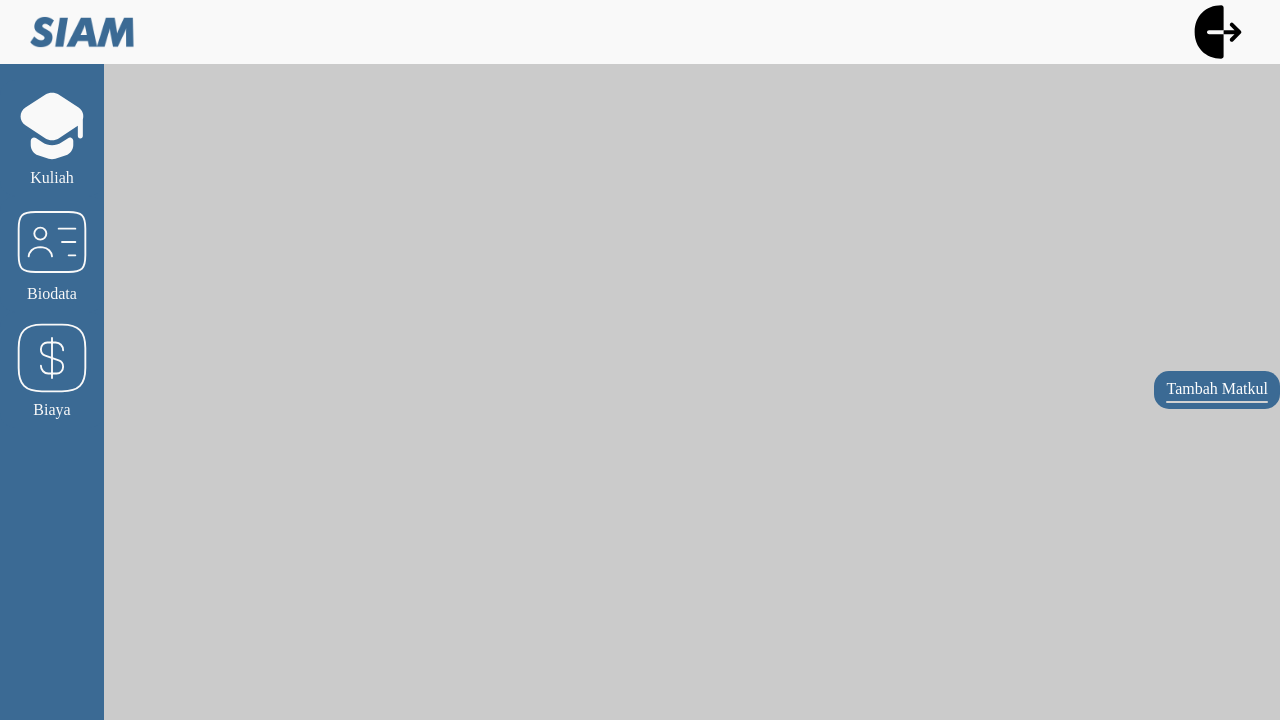
Repository: haikalirf/Project-IMK
Page: krs.html
An editor plug-in stored every save of this project. The page is shown before and after the next save, followed by the edit.
The browser window is 1280 px wide. The pictures show the whole page.
Some web fonts or font styles are not loaded; a fallback is used.

Above is the page before, as saved 2022-12-16 19:14:51.
Not found: scripts/.js

### krs.html
<!DOCTYPE html>
<html lang="en">
<head>
	<meta charset="UTF-8">
	<meta http-equiv="X-UA-Compatible" content="IE=edge">
	<meta name="viewport" content="width=device-width, initial-scale=1.0">
	<title>SIAM</title>
	<link rel="icon" href="/assets/logo_ub.ico">
	<link rel="stylesheet" href="https://cdn.jsdelivr.net/npm/bootstrap@5.2.3/dist/css/bootstrap.min.css" integrity="sha384-rbsA2VBKQhggwzxH7pPCaAqO46MgnOM80zW1RWuH61DGLwZJEdK2Kadq2F9CUG65" crossorigin="anonymous">
	<link rel="stylesheet" href="/styles/krs.css">
</head>
<body>
	<nav class="navbar" id="navbar">
		<div class="navbar-left">
			<a class="navbar-brand" href="/kuliah.html">
				<img class="navbar-image" src="/assets/SIAM.png" alt="SIAM">
			</a>
		</div>
		<a class="navbar-link" href="landing.html">
			<img id="navbar-image" src="/assets/Logout.svg" alt="Logout">
		</a>
	</nav>
	<div class="mh-100" id="sidebar">
		<a class="btn" href="kuliah.html">
			<img id="sidebar-kuliah" src="/assets/Kuliah Logo.svg" alt="Kuliah">
			<label for="sidebar-kuliah">Kuliah</label>
		</a>
		<a class="btn" href="biodata.html">
			<img id="sidebar-biodata" src="/assets/Biodata Logo Kosong.svg" alt="Biodata">
			<label for="sidebar-biodata">Biodata</label>
		</a>
		<a class="btn" href="biaya.html">
			<img id="sidebar-biaya" src="/assets/Biaya Logo Kosong.svg" alt="Biaya">
			<label for="sidebar-biaya">Biaya</label>
		</a>
	</div>
	<main>
		<section
		<button type="button" class="btn btn-primary button-tambah" disabled>Tambah Matkul</button>
		<div class="cards">
			<div class="card">

			</div>
		</div>
	</main>
	<script src="https://cdn.jsdelivr.net/npm/bootstrap@5.2.3/dist/js/bootstrap.bundle.min.js" integrity="sha384-kenU1KFdBIe4zVF0s0G1M5b4hcpxyD9F7jL+jjXkk+Q2h455rYXK/7HAuoJl+0I4" crossorigin="anonymous"></script>
	<script src="/scripts/.js"></script>
</body>
</html>

### styles/krs.css
/* CSS Reset */
/*
	Josh's Custom CSS Reset
	https://www.joshwcomeau.com/css/custom-css-reset/
*/
*, *::before, *::after {
	box-sizing: border-box;
}
  * {
	margin: 0;
}
html, body {
	height: 100%;
}
body {
	line-height: 1.5;
	-webkit-font-smoothing: antialiased;
}
img, picture, video, canvas, svg {
	display: block;
	max-width: 100%;
}
input, button, textarea, select {
	font: inherit;
}
p, h1, h2, h3, h4, h5, h6 {
	overflow-wrap: break-word;
}
#root, #__next {
	isolation: isolate;
}
/* CSS Reset ends */

body {
	background-color: #cbcbcb;
	font-family: 'readex';
	font-size: 16px;
}

@font-face {
	font-family: 'readex';
	src:url('/assets/fonts/ReadexPro-Medium.ttf');
}

#navbar {
	display: flex;
	justify-content: space-between;
	position: fixed;
	background-color: #f9f9f9;
	z-index: 1;
	width: 100%;
	padding: 0px 30px;
}

.navbar-left {
	display: flex;
	align-items: center;
}

.navbar-image {
	height: 50px;
}

.navbar-extra {
	padding-bottom: 5px;
	margin-left: 15px;
}

main {
	padding-top: 60px;
	padding-left: 106px;
	display: flex;
	flex-direction: column;
	justify-content: center;
	align-items: center;
	height: 100vh;
	gap: 20px;
}

#sidebar {
	background-color: #3b6a94;
	display: flex;
	flex-direction: column;
	flex: 1;
	position: fixed;
	height: 100vh;
	padding-top: 80px;
}

#sidebar a:hover {
	background-color: #266093;
}

#sidebar img {
	width: 80px;
	height: 80px;
}

a img, a label {
	color: #f9f9f9;
}

.btn {
	background-color: #3b6a94;
	border: none;
	border-radius: 15px;
}

.btn:hover {
	background-color: #266093;
}

.list-group-flush {
	padding-left: 0px;
}

.button-tambah {
	align-self: flex-end;
}

.button-tambah:disabled {
	background-color: #A1A1A1;
}

/* @media (max-width: 620px) {
	.card {
		width: 90%;
	}
} */

After the next save:
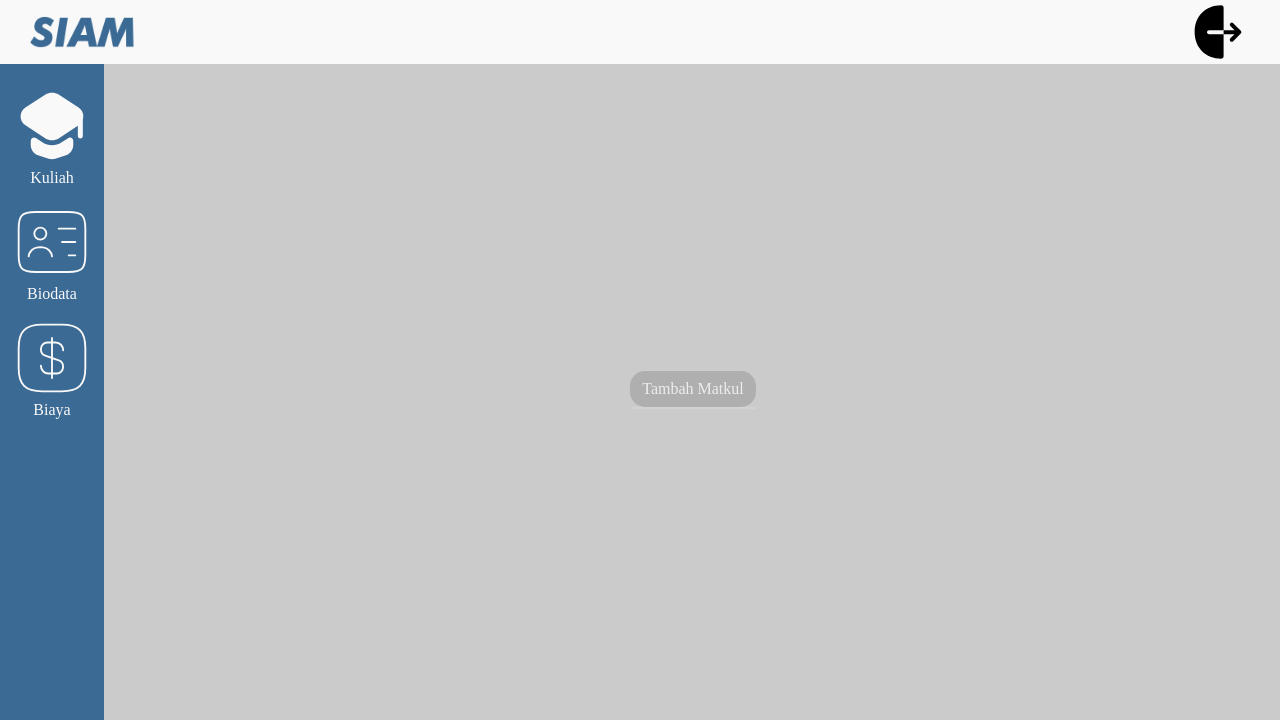
Saved 11 s later.
--- a/krs.html
+++ b/krs.html
@@ -35,13 +35,15 @@
 		</a>
 	</div>
 	<main>
-		<section
-		<button type="button" class="btn btn-primary button-tambah" disabled>Tambah Matkul</button>
-		<div class="cards">
-			<div class="card">
+		<section>
+			<button type="button" class="btn btn-primary button-tambah" disabled>Tambah Matkul</button>
+			<div class="cards">
+				<div class="card">
 
+				</div>
 			</div>
-		</div>
+
+		</section>
 	</main>
 	<script src="https://cdn.jsdelivr.net/npm/bootstrap@5.2.3/dist/js/bootstrap.bundle.min.js" integrity="sha384-kenU1KFdBIe4zVF0s0G1M5b4hcpxyD9F7jL+jjXkk+Q2h455rYXK/7HAuoJl+0I4" crossorigin="anonymous"></script>
 	<script src="/scripts/.js"></script>
